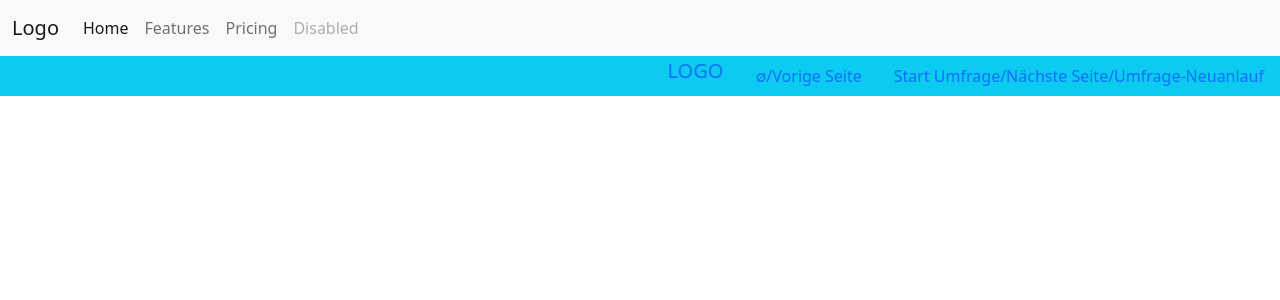
Repository: stephane71183101/Stephane-Personal-Health-Survey
Page: http://localhost/form-q01-start-page.php
The author's editor kept a copy of each file at every save. The page is drawn from the files as they stood at one save, then again after the next save.
The browser window is 1280 px wide. The pictures show the whole page.
The page is run by PHP 8.4 with error messages shown; the project is at /var/www/html/.

Above is the page before, as saved 2022-03-15 14:16:54.

### form-q01-start-page.php
<!DOCTYPE html>
<html lang="en">
<head>
    <meta charset="UTF-8">
    <meta http-equiv="X-UA-Compatible" content="IE=edge">
    <meta name="viewport" content="width=device-width, initial-scale=1.0">
    <title>Document</title>
    <link href="https://cdn.jsdelivr.net/npm/bootstrap@5.1.3/dist/css/bootstrap.min.css" rel="stylesheet" integrity="sha384-1BmE4kWBq78iYhFldvKuhfTAU6auU8tT94WrHftjDbrCEXSU1oBoqyl2QvZ6jIW3" crossorigin="anonymous">
    <script src="https://cdn.jsdelivr.net/npm/bootstrap@5.1.3/dist/js/bootstrap.bundle.min.js" integrity="sha384-ka7Sk0Gln4gmtz2MlQnikT1wXgYsOg+OMhuP+IlRH9sENBO0LRn5q+8nbTov4+1p" crossorigin="anonymous"></script>
</head>

<header>
<nav class="navbar navbar-expand-lg navbar-light bg-light">
  <div class="container-fluid">
    <a class="navbar-brand" href="#">Logo</a>

    <div class="collapse navbar-collapse" id="navbarNav">
      <ul class="navbar-nav">
        <li class="nav-item">
          <a class="nav-link active" aria-current="page" href="#">Home</a>
        </li>
        <li class="nav-item">
          <a class="nav-link" href="#">Features</a>
        </li>
        <li class="nav-item">
          <a class="nav-link" href="#">Pricing</a>
        </li>
        <li class="nav-item">
          <a class="nav-link disabled">Disabled</a>
        </li>
      </ul>
    </div>
  </div>
</nav>

<div>
<ul class="nav justify-content-end bg-info">
  <li class="nav-item">
    <a class="navbar-brand" href="#">LOGO</a>
    </li>
  <li class="nav-item">
    <a class="nav-link" href="#">&#8709;/Vorige Seite</a>
    </li>
  <li class="nav-item">
    <a class="nav-link" href="#">Start Umfrage/Nächste Seite/Umfrage-Neuanlauf</a>
</li>
</div>
</header>

<body>

</body>

<footer>
</footer>

</html>

After the next save:
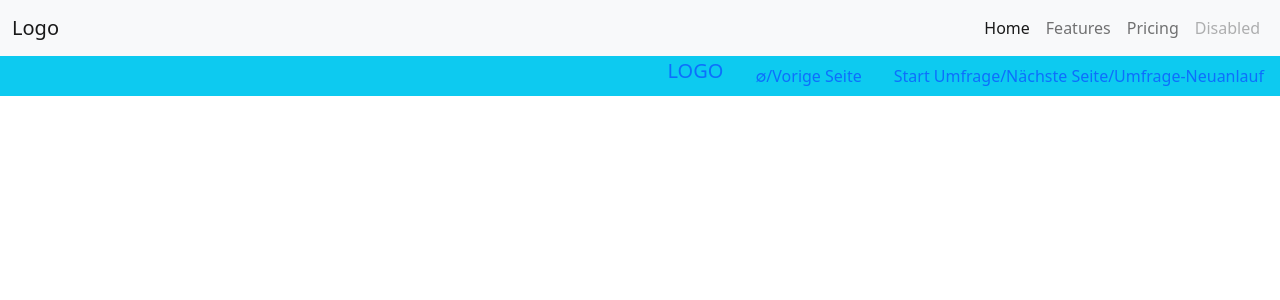
Saved 46 s later.
--- a/form-q01-start-page.php
+++ b/form-q01-start-page.php
@@ -14,7 +14,7 @@
   <div class="container-fluid">
     <a class="navbar-brand" href="#">Logo</a>
 
-    <div class="collapse navbar-collapse" id="navbarNav">
+    <div class="nav justify-content-end">
       <ul class="navbar-nav">
         <li class="nav-item">
           <a class="nav-link active" aria-current="page" href="#">Home</a>
